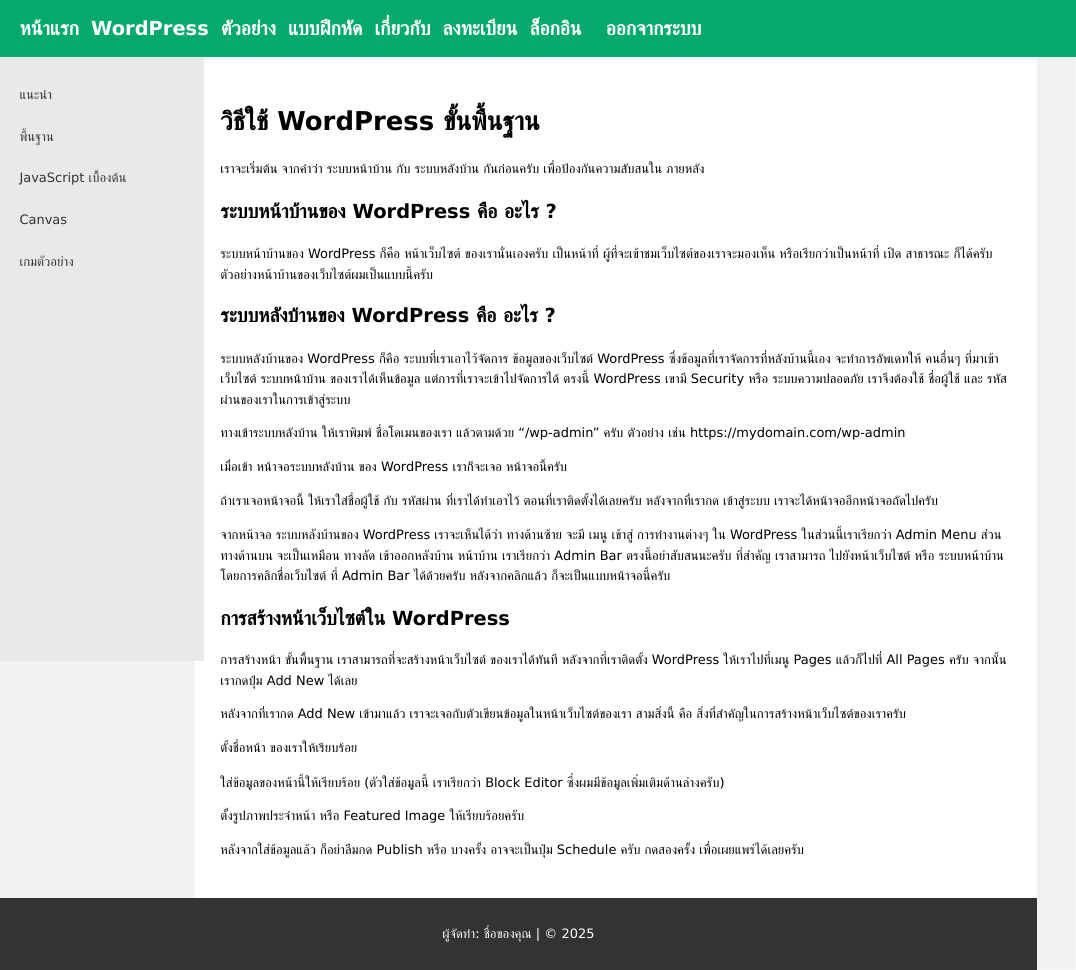
Repository: staggil/thesis
Page: lessons/basic.html
The author's editor kept a copy of each file at every save. The page is drawn from the files as they stood at one save, then again after the next save.
The browser window is 1280 px wide. The page is 1328 px wide, so the pictures cover 1328 px, including what lies to the right of the window. The pictures show the whole page, at 81% of full size.
The page's requests for data from a server got no answer.

Above is the page before, as saved 2025-12-16 07:44:21.

### lessons/basic.html
<!DOCTYPE html>
<html lang="th">
<head>
    <meta charset="UTF-8">
    <meta name="viewport" content="width=device-width, initial-scale=1.0">
    <title>พื้นฐานการใช้งาน</title>
    <link rel="stylesheet" href="/style.css">
    <script src="/script.js" defer></script>
</head>
<body data-sidebar="/components/sidebar.html">

    <!-- header -->
    <div id="header-placeholder"></div>



   <div id="sidebar-placeholder"></div>
<div class="layout">
    <!-- content -->
    <main id="main-content">
        <h1>วิธีใช้ WordPress ขั้นพื้นฐาน</h1>
        <p>เราจะเริ่มต้น จากคำว่า ระบบหน้าบ้าน กับ ระบบหลังบ้าน กันก่อนครับ เพื่อป้องกันความสับสนใน ภายหลัง</p>
        <h2>ระบบหน้าบ้านของ WordPress คือ อะไร ?</h2>
            <p>ระบบหน้าบ้านของ WordPress ก็คือ หน้าเว็บไซต์ ของเรานั่นเองครับ เป็นหน้าที่
            ผู้ที่จะเข้าชมเว็บไซต์ของเราจะมองเห็น หรือเรียกว่าเป็นหน้าที่ เปิด สาธารณะ ก็ได้ครับ ตัวอย่างหน้าบ้านของเว็บไซต์ผมเป็นแบบนี้ครับ</p>
        <h2>ระบบหลังบ้านของ WordPress คือ อะไร ?</h2>



            <p>ระบบหลังบ้านของ WordPress ก็คือ ระบบที่เราเอาไว้จัดการ ข้อมูลของเว็บไซต์ WordPress ซึ่งข้อมูลที่เราจัดการที่หลังบ้านนี้เอง
                 จะทำการอัพเดทให้ คนอื่นๆ ที่มาเข้าเว็บไซต์ ระบบหน้าบ้าน ของเราได้เห็นข้อมูล แต่การที่เราจะเข้าไปจัดการได้ ตรงนี้ WordPress
                  เขามี Security หรือ ระบบความปลอดภัย เราจึงต้องใช้ ชื่อผู้ใช้ และ รหัสผ่านของเราในการเข้าสู่ระบบ</p>


            <p>ทางเข้าระบบหลังบ้าน ให้เราพิมพ์ ชื่อโดเมนของเรา แล้วตามด้วย “/wp-admin” ครับ ตัวอย่าง เช่น https://mydomain.com/wp-admin</p>

            <p>เมื่อเข้า หน้าจอระบบหลังบ้าน ของ WordPress เราก็จะเจอ หน้าจอนี้ครับ</p>
            <p>ถ้าเราเจอหน้าจอนี้ ให้เราใส่ชื่อผู้ใช้ กับ รหัสผ่าน ที่เราได้ทำเอาไว้ ตอนที่เราติดตั้งได้เลยครับ หลังจากที่เรากด เข้าสู่ระบบ เราจะได้หน้าจออีกหน้าจอถัดไปครับ</p>
            <p>จากหน้าจอ ระบบหลังบ้านของ WordPress เราจะเห็นได้ว่า ทางด้านซ้าย จะมี เมนู เข้าสู่ การทำงานต่างๆ ใน WordPress ในส่วนนี้เราเรียกว่า Admin Menu ส่วนทางด้านบน
             จะเป็นเหมือน ทางลัด เข้าออกหลังบ้าน หน้าบ้าน เราเรียกว่า Admin Bar ตรงนี้อย่าสับสนนะครับ ที่สำคัญ เราสามารถ ไปยังหน้าเว็บไซต์ หรือ ระบบหน้าบ้าน โดยการคลิกชื่อเว็บไซต์
              ที่ Admin Bar ได้ด้วยครับ หลังจากคลิกแล้ว ก็จะเป็นแบบหน้าจอนี้ครับ</p>

            <h2>การสร้างหน้าเว็บไซต์ใน WordPress</h2>
            <p>การสร้างหน้า ขั้นพื้นฐาน เราสามารถที่จะสร้างหน้าเว็บไซต์ ของเราได้ทันที หลังจากที่เราติดตั้ง WordPress
                ให้เราไปที่เมนู Pages แล้วก็ไปที่ All Pages ครับ จากนั้น เรากดปุ่ม Add New ได้เลย</p>
            <p>หลังจากที่เรากด Add New เข้ามาแล้ว เราจะเจอกับตัวเขียนข้อมูลในหน้าเว็บไซต์ของเรา สามสิ่งนี้ คือ สิ่งที่สำคัญในการสร้างหน้าเว็บไซต์ของเราครับ</p>
            <p>ตั้งชื่อหน้า ของเราให้เรียบร้อย</p>
            <p>ใส่ข้อมูลของหน้านี้ให้เรียบร้อย (ตัวใส่ข้อมูลนี้ เราเรียกว่า Block Editor ซึ่งผมมีข้อมูลเพิ่มเติมด้านล่างครับ)</p>
            <p>ตั้งรูปภาพประจำหน้า หรือ Featured Image ให้เรียบร้อยครับ</p>
            <p>หลังจากใส่ข้อมูลแล้ว ก็อย่าลืมกด Publish หรือ บางครั้ง อาจจะเป็นปุ่ม Schedule ครับ กดสองครั้ง เพื่อเผยแพร่ได้เลยครับ</p>



    </main>
</div>

    <!-- footer -->
    <div id="footer-placeholder"></div>

</body>
</html>

### style.css
body {
    margin: 0;
    font-family: Verdana, Arial, sans-serif;
    box-sizing: border-box;
    background-color: #f1f1f1;
    line-height: 1.6;
    overflow-x: hidden;
}


#header-placeholder {
    background-color: #04AA6D;
    color: white;
    padding: 16px 24px;
    font-size: 24px;
    font-weight: bold;
     position: sticky;  /* หรือ fixed ก็ได้ */
    top: 0;            /* ติดด้านบน */
    z-index: 1000;     /* อยู่เหนือ content */
    width: 100%;       /* เต็มความกว้างหน้าจอ */
}

.navbar ul {
    list-style: none;
    display: flex;
    gap: 15px;
    padding: 0;
    margin: 0;
}

.navbar ul li a {
    color: white;
    text-decoration: none;
}

/* =========================
   Sidebar
   ========================= */
.layout {

    max-width: 100%;  /* ขยายเต็มหน้าจอ */
    margin: 0;         /* ไม่มี margin */
}

#sidebar {
     position: fixed;
    top: 64px;
    left: 0;
    width: 220px;
    height: 100vh;       /* สูงเต็มหน้าจอ */
    overflow-y: auto;    /* scroll ภายใน sidebar */
    background-color: #e7e9eb;
    padding: 16px;
    z-index: 10;

}

#sidebar ul {
    list-style: none;
    padding: 0;
}

#sidebar ul li {
    margin-bottom: 10px;
}

#sidebar ul li a {
    text-decoration: none;
    color: #333;
    display: block;
    padding: 8px;
    border-radius: 4px;
    transition: background 0.3s;
}

#sidebar ul li a:hover {
    background-color: #ddd;
}

/* =========================
   Main Content
   ========================= */
#main-content {
    flex: 1;  /* ขยายเต็มที่ตามพื้นที่ layout */
    background-color: #fff;
    padding: 32px;

    margin-left: 240px;


}

/* กรณีหน้า index.html ไม่มี sidebar */
body.index #main-content {
    margin-left: 0;
    max-width: 700px;        /* กว้างเท่ากับหน้าที่มี sidebar */
    margin: 0 auto;          /* จัด content กลางหน้า */
}

/* =========================
   Footer
   ========================= */
footer {
    background-color: #333;
    color: white;
    text-align: center;
    padding: 15px;
    position: relative;
    z-index: 100; /* สูงกว่า sidebar */
}

@media screen and (max-width: 768px) {
    .layout {
        flex-direction: column;
    }

    #sidebar {
        width: 100%;
        height: auto;
        position: relative;
    }

    #main-content {
        max-width: 100%;
        padding: 15px;
    }
}


/* =========================
   Empty sidebar
   ========================= */
#sidebar.empty-sidebar {
    background-color: #fff;   /* สีเดียวกับ container */
           /* คง padding เดิมถ้าอยากให้ layoutเหมือนหน้าที่มี sidebar */
    /* อย่าแก้ width หรือ float */
}

/* หน้า login ให้ layout อยู่กลางและสวยขึ้น */
body.login-page #main-content {
    max-width: 400px;       /* กว้างแค่พอ form */
    margin: 50px auto;      /* จัดกลางแนวนอนและเว้นบน */
    padding: 20px;
    background-color: #fff; /* เหมือน container */
    border-radius: 8px;
    box-shadow: 0 0 10px rgba(0,0,0,0.1);
}



/* หน้า register ให้ layout อยู่กลางเหมือน login */
body.register-page #main-content {
    max-width: 400px;          /* กว้างพอ form */
    margin: 50px auto;         /* จัดกลางหน้า */
    padding: 20px;
    background-color: #fff;    /* เหมือน container */
    border-radius: 8px;
    box-shadow: 0 0 10px rgba(0,0,0,0.1);
}

### script.js
function loadComponent(filePath, elementId) {
    if (!filePath) return;
    const el = document.getElementById(elementId);
    if (!el) {
        console.error(`ไม่พบ element id="${elementId}"`);
        return;
    }
    fetch(filePath)
        .then(response => {
            if (!response.ok) throw new Error("ไม่พบไฟล์ " + filePath);
            return response.text();
        })
        .then(data => {
            el.innerHTML = data;

            // หลังโหลด header ให้ตรวจสอบ session
            if (elementId === "header-placeholder") {
                updateHeaderLoginStatus();
            }
        })
        .catch(error => console.error(error));
}

// ฟังก์ชันตรวจสอบ login
function updateHeaderLoginStatus() {
    fetch("/me")
        .then(res => res.json())
        .then(user => {
            if (user.username) {
                // login แล้ว
                document.querySelectorAll(".login-only").forEach(el => el.style.display = "none");
                document.querySelectorAll(".user-only").forEach(el => el.style.display = "block");
                document.getElementById("username-display").textContent = user.fullname;

                // เพิ่ม listener logout
                const logoutLink = document.getElementById("logout-link");
                if (logoutLink) {
                    logoutLink.addEventListener("click", async (e) => {
                        e.preventDefault();
                        await fetch("/logout", { method: "POST" });
                        updateHeaderLoginStatus(); // รีเฟรชเมนู
                        window.location.href = "/login.html";
                    });
                }

            } else {
                // ยังไม่ได้ login
                document.querySelectorAll(".login-only").forEach(el => el.style.display = "block");
                document.querySelectorAll(".user-only").forEach(el => el.style.display = "none");
            }
        })
        .catch(err => console.error(err));
}

document.addEventListener("DOMContentLoaded", function() {
    loadComponent("/components/header.html", "header-placeholder");
    loadComponent("/components/footer.html", "footer-placeholder");

    const sidebarFile = document.body.getAttribute("data-sidebar");
    loadComponent(sidebarFile, "sidebar-placeholder");

    // ตรวจสอบ exercise links หลังจากโหลด header เสร็จ
    const checkExerciseLinks = () => {
        const exerciseLinks = document.querySelectorAll("a[href^='/exercises/']");
        exerciseLinks.forEach(link => {
            link.addEventListener("click", async (e) => {
                e.preventDefault();
                const res = await fetch("/me");
                const user = await res.json();
                if (!user.username) {
                    const goLogin = confirm("คุณต้อง login ก่อนเข้าแบบฝึกหัด\nไปหน้า Login ตอนนี้หรือไม่?");
                    if (goLogin) window.location.href = "/login.html";
                } else {
                    window.location.href = link.href;
                }
            });
        });
    };

    // รอ header โหลดเสร็จแล้วค่อย bind
    const headerInterval = setInterval(() => {
        if (document.getElementById("header-placeholder").children.length > 0) {
            clearInterval(headerInterval);
            checkExerciseLinks();
        }
    }, 50);
});

### components/header.html
<header>
   <nav class="navbar">
        <ul id="nav-items">
            <li><a href="/index.html">หน้าแรก</a></li>
            <li><a href="/lessons/intro.html">WordPress</a></li>
            <li><a href="/examples/draw-rect.html">ตัวอย่าง</a></li>
            <li><a href="/exercises/exercise1.html">แบบฝึกหัด</a></li>
            <li><a href="/about/about.html">เกี่ยวกับ</a></li>
            <li class="login-only"><a href="/register.html">ลงทะเบียน</a></li>
            <li class="login-only"><a href="/login.html">ล็อกอิน</a></li>
            <li class="user-only"><span id="username-display"></span></li>
            <li class="user-only"><a href="#" id="logout-link">ออกจากระบบ</a></li>
        </ul>
    </nav>
</header>

### components/footer.html
<footer>
    <p>ผู้จัดทำ: ชื่อของคุณ | © 2025</p>
</footer>

### components/sidebar.html
<aside id="sidebar">
    <ul>
        <li><a href="/lessons/intro.html">แนะนำ</a></li>
        <li><a href="/lessons/basic.html">พื้นฐาน</a></li>
        <li><a href="/lessons/js-basic.html">JavaScript เบื้องต้น</a></li>
        <li><a href="/lessons/canvas.html">Canvas</a></li>
        <li><a href="/lessons/game1.html">เกมตัวอย่าง</a></li>
    </ul>
</aside>

After the next save:
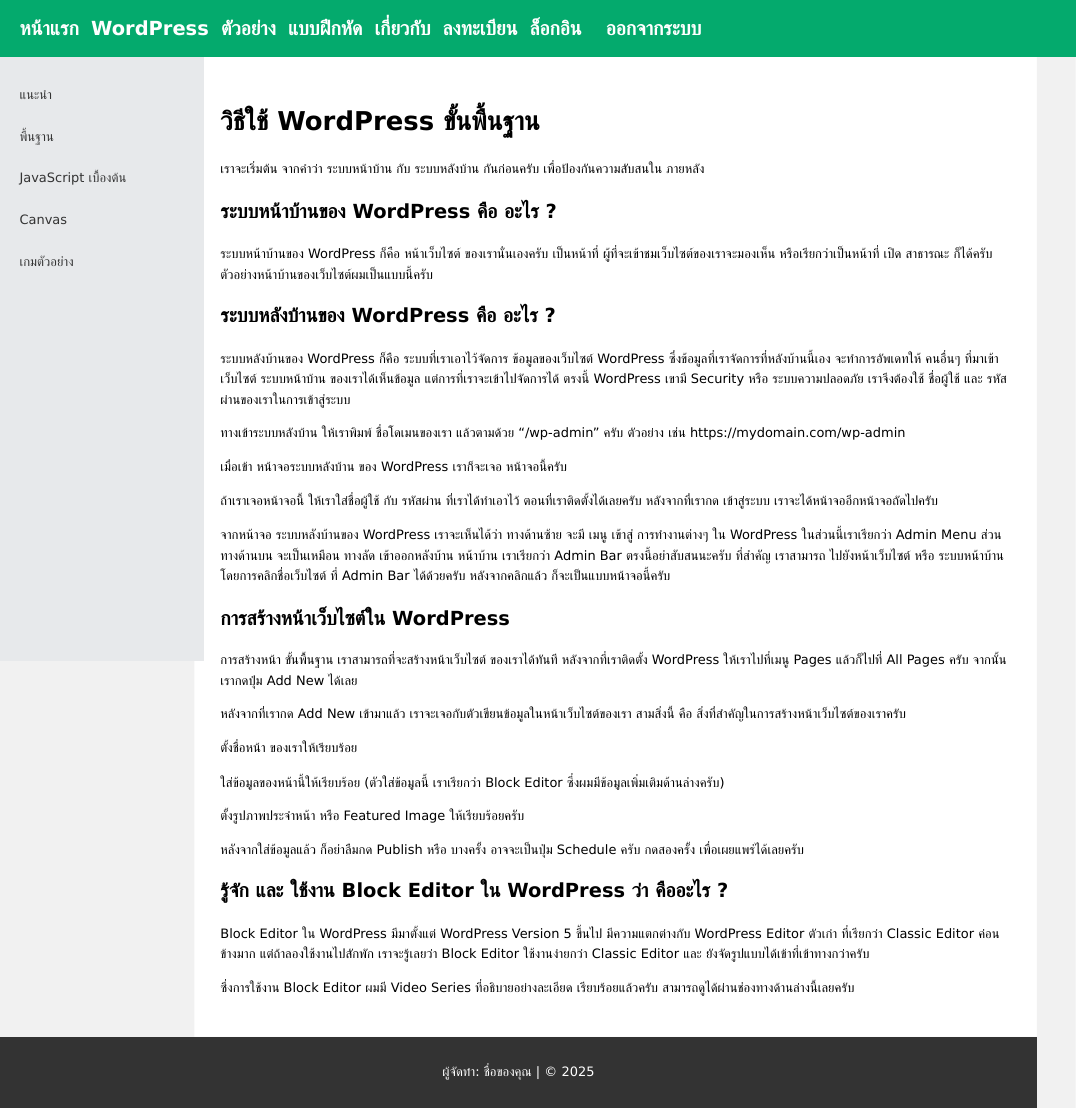
Saved 44 s later.
--- a/lessons/basic.html
+++ b/lessons/basic.html
@@ -49,6 +49,11 @@
             <p>ตั้งรูปภาพประจำหน้า หรือ Featured Image ให้เรียบร้อยครับ</p>
             <p>หลังจากใส่ข้อมูลแล้ว ก็อย่าลืมกด Publish หรือ บางครั้ง อาจจะเป็นปุ่ม Schedule ครับ กดสองครั้ง เพื่อเผยแพร่ได้เลยครับ</p>
 
+            <h2>รู้จัก และ ใช้งาน Block Editor ใน WordPress ว่า คืออะไร ?</h2>
+            <p>Block Editor ใน WordPress มีมาตั้งแต่ WordPress Version 5 ขึ้นไป มีความแตกต่างกับ WordPress Editor ตัวเก่า ที่เรียกว่า Classic Editor ค่อนข้างมาก
+                 แต่ถ้าลองใช้งานไปสักพัก เราจะรู้เลยว่า Block Editor ใช้งานง่ายกว่า Classic Editor และ ยังจัดรูปแบบได้เข้าที่เข้าทางกว่าครับ</p>
+            <p>ซึ่งการใช้งาน Block Editor ผมมี Video Series ที่อธิบายอย่างละเอียด เรียบร้อยแล้วครับ สามารถดูได้ผ่านช่องทางด้านล่างนี้เลยครับ</p>
+
 
 
     </main>
